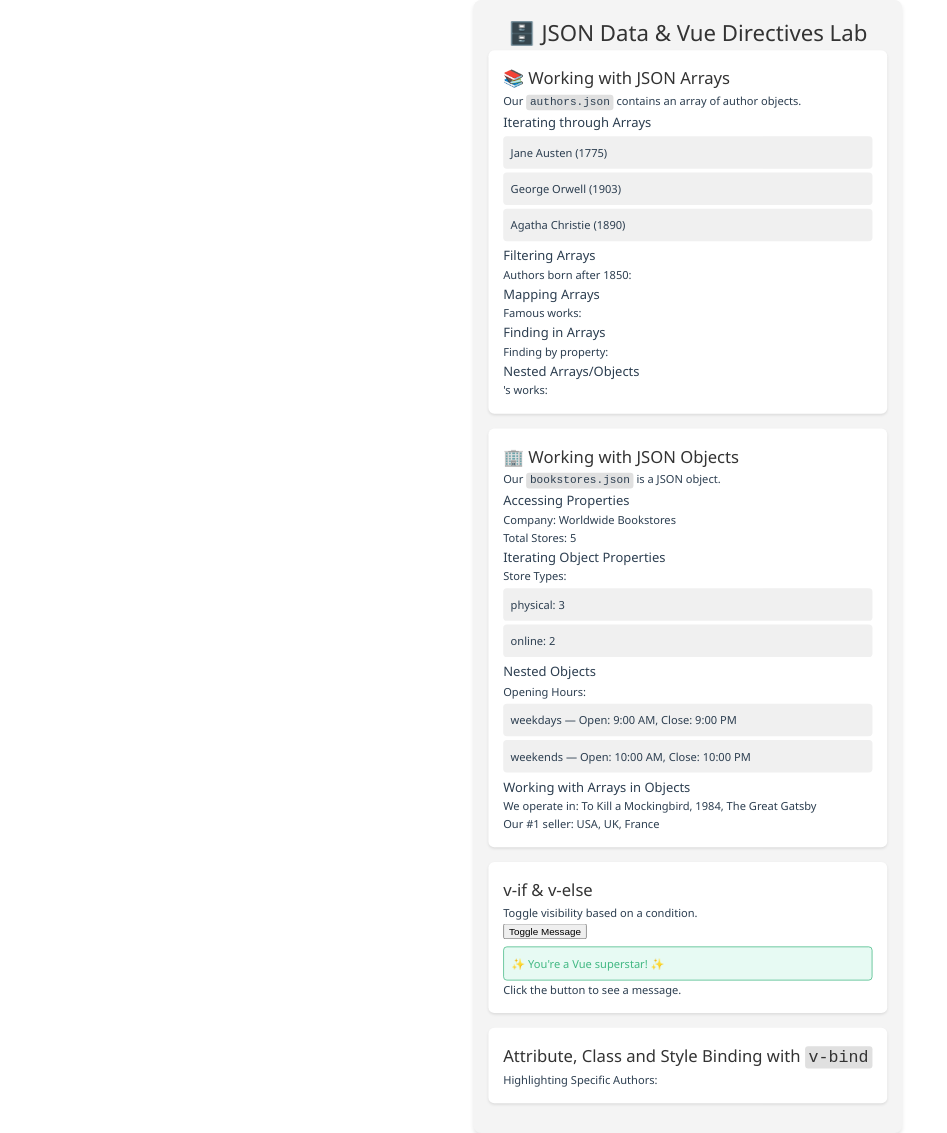
Repository: Andrew-JX/mji-library
Page: /
The author's editor kept a copy of each file at every save. The page is drawn from the files as they stood at one save, then again after the next save.
The browser window is 1280 px wide. The pictures show the whole page, at 74% of full size.
The project was rebuilt for these pictures with package versions that can differ from the ones it lists, and the page was loaded fresh each time. Also part of the build but not shown: vite.config.js.

Above is the page before, as saved 2025-08-06 16:54:15.

### src/App.vue
<script setup>
import JSONView from "./components/JSON.vue";
</script>

<template>
  <header>
  </header>

  <main>
    <JSONView />
  </main>
</template>

<style scoped>
header {
  line-height: 1.5;
}

.logo {
  display: block;
  margin: 0 auto 2rem;
}

@media (min-width: 1024px) {
  header {
    display: flex;
    place-items: center;
    padding-right: calc(var(--section-gap) / 2);
  }

  .logo {
    margin: 0 2rem 0 0;
  }

  header .wrapper {
    display: flex;
    place-items: flex-start;
    flex-wrap: wrap;
  }
}
</style>

### src/components/JSON.vue
<!-- JSONLab.vue -->
<template>
  <div class="json-lab">
    <h1>🗄️ JSON Data & Vue Directives Lab</h1>

    <section class="lab-section">
      <h2>📚 Working with JSON Arrays</h2>
      <p>Our <code>authors.json</code> contains an array of author objects.</p>

      <h3>Iterating through Arrays</h3>
      <!-- Activity 6: Render a list containing author names and their birth years. Hint: Make use of the v-for directive to iterate through the array of authors. -->
      <!-- TODO: CODE TO RENDER LIST OF AUTHORS HERE -->
      <ul>
        <li v-for="author in authors" :key="author.id">
          {{ author.name }} ({{ author.birthYear }})
        </li>
      </ul>
      <h3>Filtering Arrays</h3>
      <!-- Activity 7: Render a list containing authors born after 1850. Hint: Make use of the v-for directive to iterate through the array of authors that you have filtered out. -->
      <p>Authors born after 1850:</p>
      <!-- TODO: CODE TO RENDER LIST OF AUTHORS HERE -->
      <ul>
        <li v-for="author in modernAuthors" :key="author.id">
          {{ author.name }} ({{ author.birthYear }})
        </li>
      </ul>
      <h3>Mapping Arrays</h3>
      <p>Famous works:</p>
      <ul>
        <!-- Activity 8: Render a list of all famous works. Hint: Use the v-for directive to iterate through the array of authors that you have filtered out. -->
        <li v-for="work in allFamousWorks" :key="work">
          {{ work }}
        </li>
      </ul>

      <h3>Finding in Arrays</h3>
      <p>Finding by property: {{ orwell?.name }}</p>

      <h3>Nested Arrays/Objects</h3>
      <p>{{ austen?.name }}'s works:</p>
      <!-- Activity 9: Render a list of Austen's works. Hint: Use the v-for directive to iterate through the array of authors that you have filtered out. -->
      <!-- TODO: CODE TO RENDER LIST OF AUSTEN'S WORKS HERE -->
      <ul>
        <li v-for="work in austen?.famousWorks" :key="work.title">
          {{ work.title }} ({{ work.year }})
        </li>
      </ul>
    </section>

    <section class="lab-section">
      <h2>🏢 Working with JSON Objects</h2>
      <p>Our <code>bookstores.json</code> is a JSON object.</p>

      <h3>Accessing Properties</h3>
      <p>
        Company:
        <!-- Activity 9a: Get the company name from the bookstores object. -->
        <!-- TODO: CODE TO GET COMPANY NAME HERE -->
        {{ bookstores.name }}
      </p>

      <p>
        Total Stores:
        <!-- Activity 9b: Get the total number of stores from the bookstores object. -->
        <!-- TODO: CODE TO GET TOTAL STORES HERE -->
        {{ bookstores.totalStores }}
      </p>

      <h3>Iterating Object Properties</h3>
      <p>Store Types:</p>
      <!-- Activity 10: Iterate through the storeTypes array and display the store type and the number of stores that use that type. -->
      <!-- TODO: CODE TO RENDER LIST OF STORE TYPES HERE -->
      <ul>
        <li v-for="(count, type) in bookstores.storeTypes" :key="type">
          {{ type }}: {{ count }}
        </li>
      </ul>
      <h3>Nested Objects</h3>
      <p>Opening Hours:</p>
      <!-- Activity 11: Iterate through the openingHours object and display the day of the week and the opening and closing times. -->
      <!-- TODO: CODE TO RENDER LIST OF OPENING HOURS HERE -->
      <ul>
        <li v-for="(hours, day) in bookstores.openingHours" :key="day">
          {{ day }} — Open: {{ hours.open }}, Close: {{ hours.close }}
        </li>
      </ul>
      <h3>Working with Arrays in Objects</h3>
      <!-- Activity 12: Get the top sellers from the bookstores object. -->
      <!-- TODO: CODE TO GET TOP SELLERS HERE -->
      <p>We operate in: {{ bookstores.topSellers.join(', ') }}</p>
      <p>Our #1 seller: {{ bookstores.countries.join(', ') }}</p>
    </section>

    <section class="lab-section">
      <h2>v-if & v-else</h2>
      <p>Toggle visibility based on a condition.</p>
      <!-- Activity 13: Toggle the message visibility when the button is clicked. -->
      <!-- TODO: CODE TO TOGGLE MESSAGE VISIBILITY HERE. Hint: Use the v-if directive. -->
      <button @click="showMessage = !showMessage">Toggle Message</button>
      <p class="message success">✨ You're a Vue superstar! ✨</p>
      <p>Click the button to see a message.</p>
    </section>

    <section class="lab-section">
      <h2>Attribute, Class and Style Binding with <code>v-bind</code></h2>
      <p>Highlighting Specific Authors:</p>

    </section>
  </div>
</template>

<script setup>
import { ref, computed } from "vue"
import authorsData from '../assets/json/authors.json'
import bookstoresData from '../assets/json/bookstores.json'
// Activity 1: Import JSON files (authors.json and bookstores.json)
// TODO: CODE TO IMPORT JSON FILES HERE
const authors = ref(authorsData)
const bookstores = ref(bookstoresData)
const showMessage = ref(false)

// Activity 2: Get authors born after 1850
const modernAuthors = computed(() => {
  // TODO: CODE TO FILTER ARRAY OF AUTHORS HERE
  authors.value.filter(author => author.birthYear > 1850)
})

// Activity 3: Get all famous works
const allFamousWorks = computed(() => {
  // TODO: CODE TO GET ALL FAMOUS WORKS HERE
  authors.value.flatMap(author => author.famousWorks.map(work => work.title))
})

// Activity 4: Find author by name
const orwell = computed(() => {
  // TODO: CODE TO FIND AUTHOR BY NAME HERE
  authors.value.find(author => author.name === 'George Orwell')
})

// Activity 5: Find author by ID
const austen = computed(() => {
  // TODO: CODE TO FIND AUTHOR BY ID HERE
  authors.value.find(author => author.id === 1)  // Jane Austen

})
</script>

<style scoped>
.json-lab {
  font-family: "Segoe UI", Tahoma, Geneva, Verdana, sans-serif;
  max-width: 80vw;
  margin: 0 auto;
  padding: 20px;
  background-color: #f4f4f4;
  border-radius: 10px;
  box-shadow: 0 4px 6px rgba(0, 0, 0, 0.1);
}

h1,
h2 {
  color: #333;
}

h1 {
  text-align: center;
}

.lab-section {
  background-color: white;
  padding: 20px;
  margin-bottom: 20px;
  border-radius: 8px;
  box-shadow: 0 2px 4px rgba(0, 0, 0, 0.1);
}

.message {
  padding: 10px;
  border-radius: 5px;
  margin-top: 10px;
}

.success {
  background-color: #e7faf3;
  color: #42b883;
  border: 1px solid #42b883;
}

.highlight {
  background-color: #42b883;
}

code {
  background-color: #e0e0e0;
  padding: 2px 5px;
  border-radius: 4px;
  font-family: "Courier New", Courier, monospace;
}

ul {
  list-style-type: none;
  padding: 0;
}

li {
  background-color: #f0f0f0;
  padding: 10px;
  margin: 5px 0;
  border-radius: 5px;
}
</style>

Loaded but not shown: index.html (common file); src/main.js (common file); src/assets/main.css (common file); src/assets/base.css (common file); src/assets/json/authors.json (common file); src/assets/json/bookstores.json (common file)

After the next save:
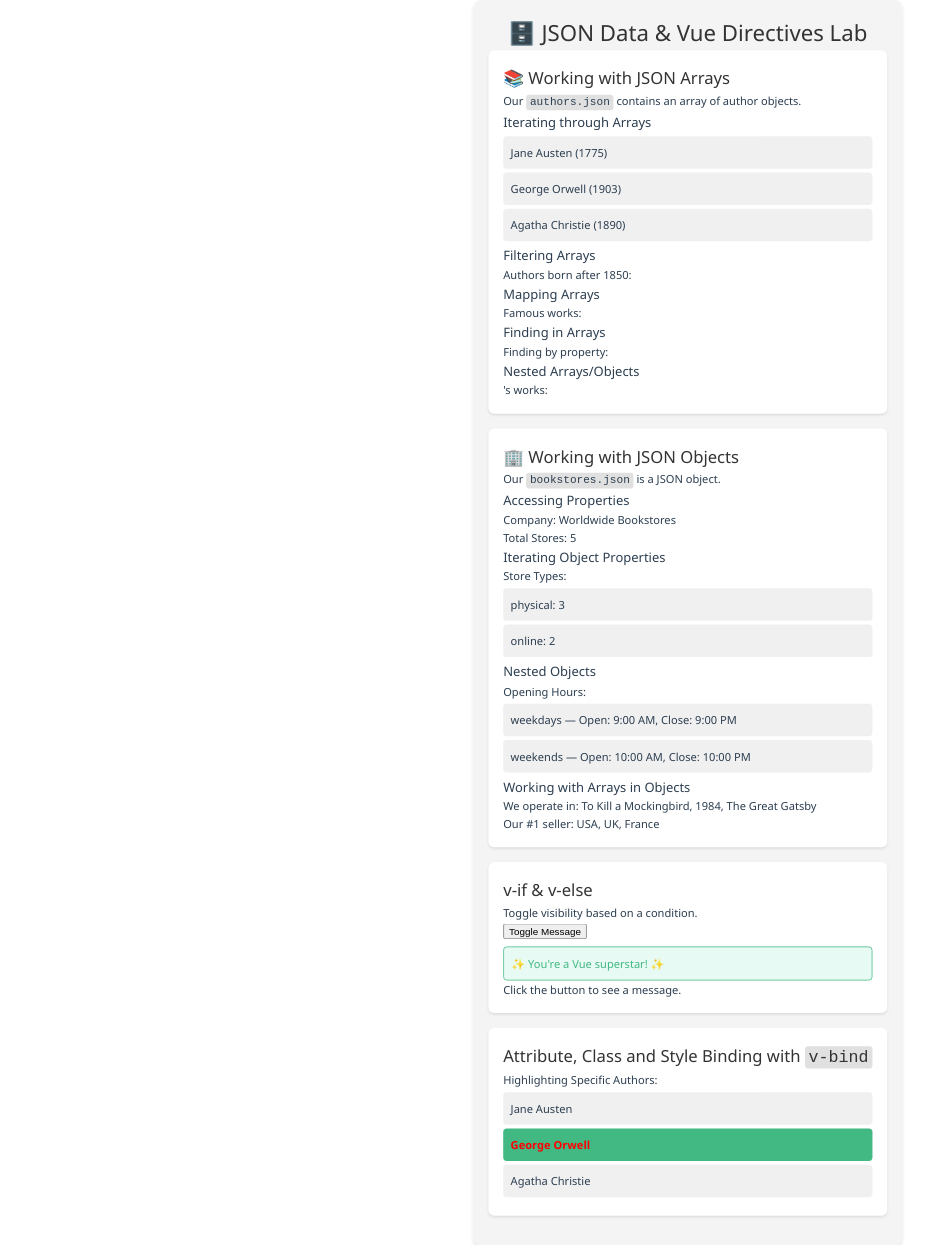
Saved 19 s later.
--- a/src/components/JSON.vue
+++ b/src/components/JSON.vue
@@ -104,7 +104,12 @@
     <section class="lab-section">
       <h2>Attribute, Class and Style Binding with <code>v-bind</code></h2>
       <p>Highlighting Specific Authors:</p>
-
+      <ul>
+        <li v-for="author in authors" :key="author.id" :class="{ highlight: author.name === 'George Orwell' }"
+          :style="author.name === 'George Orwell' ? 'color: red; font-weight: bold' : ''">
+          {{ author.name }}
+        </li>
+      </ul>
     </section>
   </div>
 </template>
